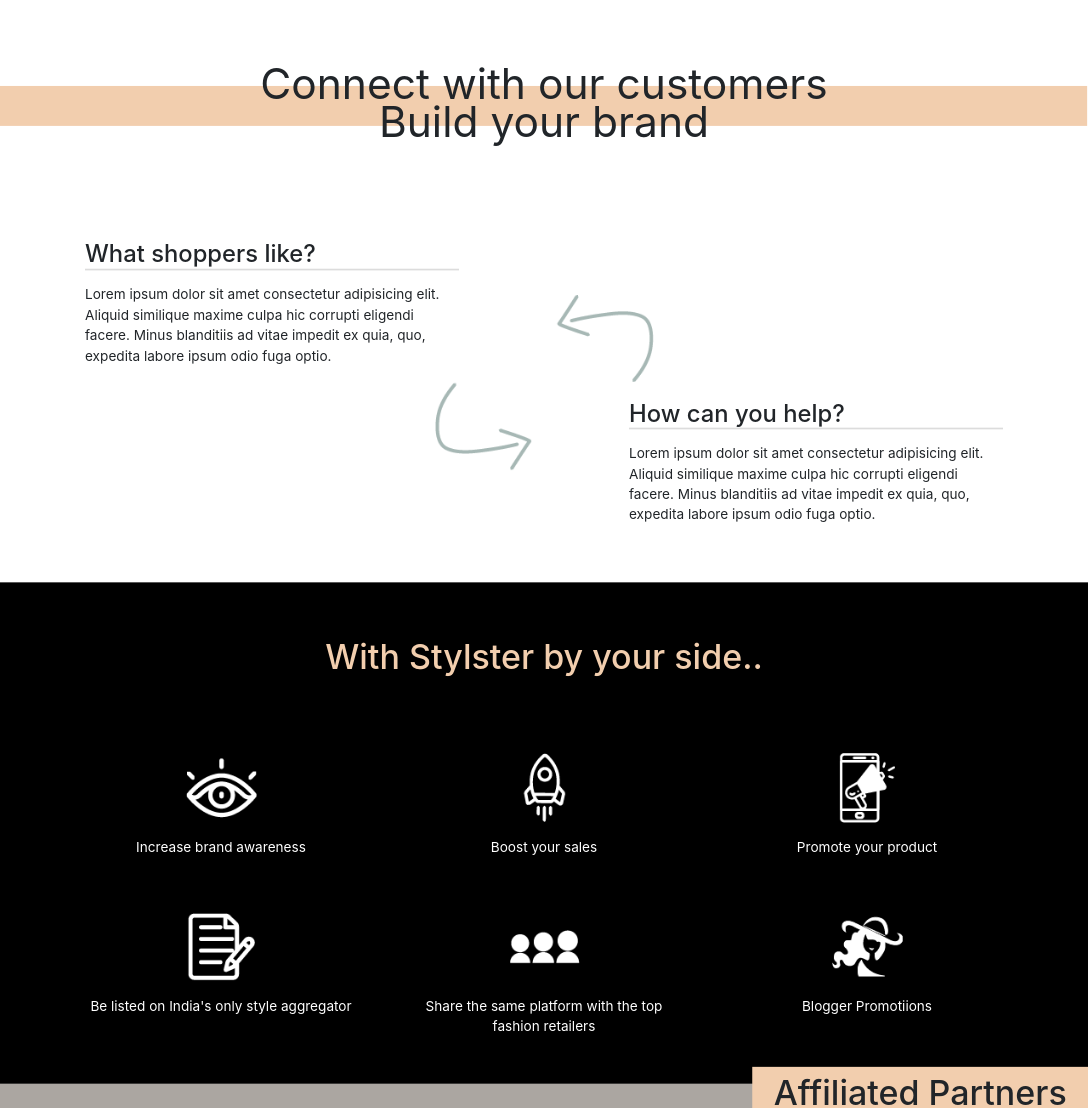
Repository: Lovekr/stylester
Page: stylster_frontend_design/partnership.html
The author's editor kept a copy of each file at every save. The page is drawn from the files as they stood at one save, then again after the next save.
The browser window is 1280 px wide. The pictures show the part of the page from y = 806 to 2109 px (the page is 3266 px tall), at 85% of full size.
A picture or video elsewhere on the page could not be fetched, so the positions and the page height are approximate. Some web fonts or font styles are not loaded; a fallback is used.

Above is the page before, as saved 2020-03-09 16:21:36.

After the next save:
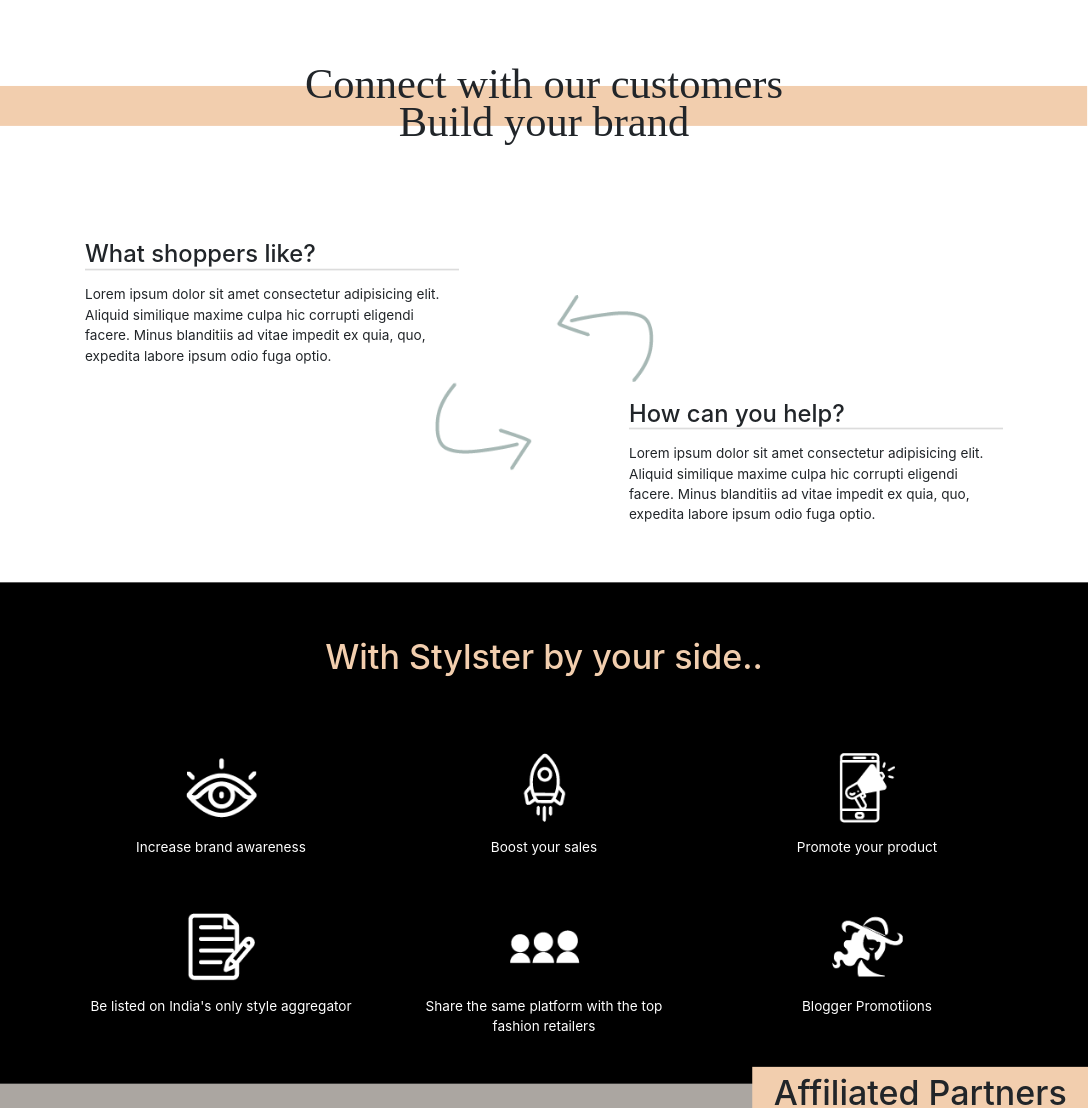
Saved 17 s later.
--- a/stylster_frontend_design/partnership.html
+++ b/stylster_frontend_design/partnership.html
@@ -85,7 +85,7 @@
 
     <div class="container-fluid connect my-5">
         <div class="connect-header text-center py-5">
-            <p class="textbackground">Connect with our customers <br>
+            <p class="textbackground headingfont">Connect with our customers <br>
             Build your brand</p>
         </div>
 
